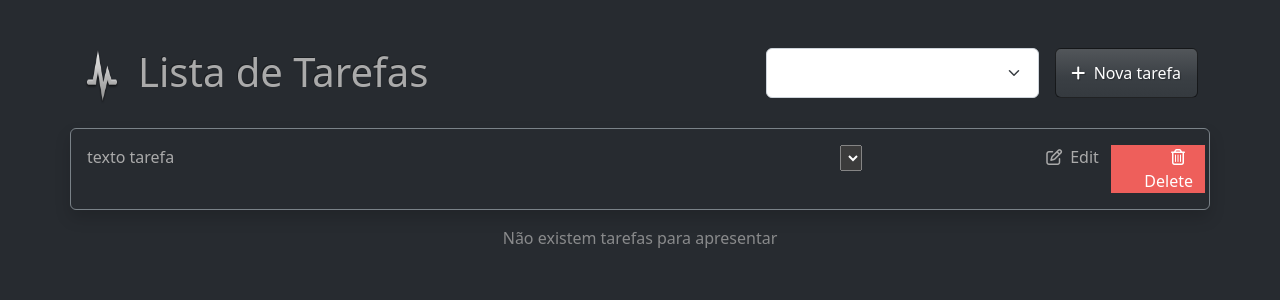
Repository: cargugati/lista_tarefas
Page: frontEnd/index.html
These files come from the project's save history. The page is drawn as it stood at one moment and after the next save; the edit follows.
The browser window is 1280 px wide. The pictures show the whole page.

Above is the page before, as saved 2023-03-18 21:15:35.

After the next save:
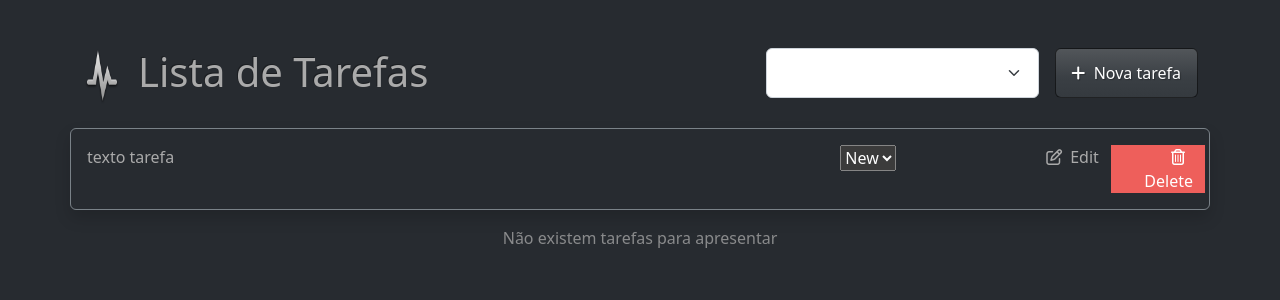
Saved 101 s later.
--- a/frontEnd/index.html
+++ b/frontEnd/index.html
@@ -41,7 +41,7 @@
           <div class="col-8">texto tarefa</div>
           <div class="col-2">
             <select id="task_status">
-              <option value="new"></option>
+              <option value="new">New</option>
               <option value="in progress"></option>
               <option value="canceled"></option>
               <option value="done"></option>
